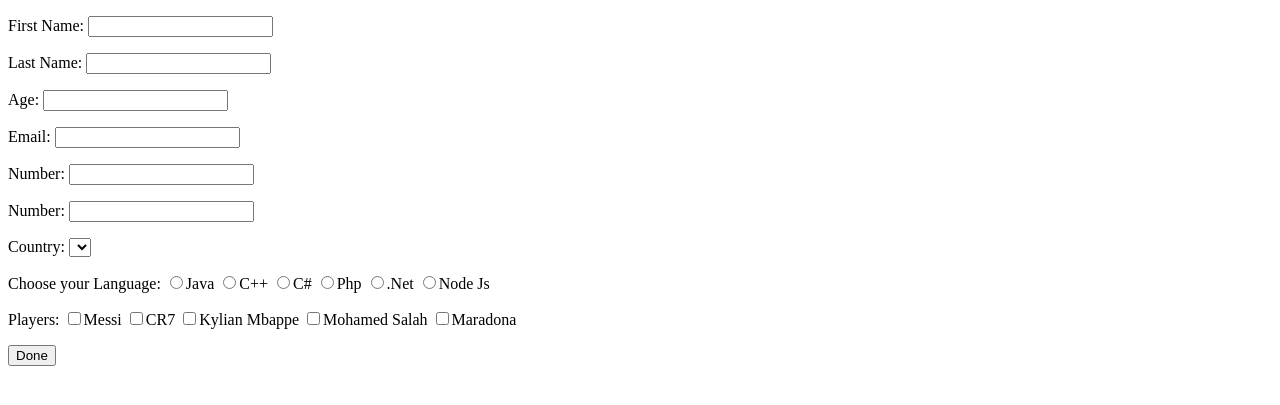
Repository: Moustafa-Ali-Khater/Spring-Data_Hibernate
Page: http://localhost/Spring_MVC/WEB-INF/view/Student-Front-MVC-Tags/student-account.jsp
These files come from the project's save history. The page is drawn as it stood at one moment and after the next save; the edit follows.
The browser window is 1280 px wide. The pictures show the whole page.
The page is served by Tomcat 9. Nobody is signed in. Other server files are loaded and not shown. The template is opened directly, without the code that normally fills it, so the values that code supplies are empty.

Above is the page before, as saved 2023-08-03 17:32:40.

### Spring_MVC/WebContent/WEB-INF/view/Student-Front-MVC-Tags/student-account.jsp
<%@ page language="java" contentType="text/html; charset=ISO-8859-1"
    pageEncoding="ISO-8859-1"%>
<%@ taglib prefix="f" uri="http://www.springframework.org/tags/form" %>

<!DOCTYPE html>
<html>
<head>
<meta charset="ISO-8859-1">
<title>Insert title here</title>
<style type="text/css">
	.error {
		color: red;
		font-weight: bold;
	}
</style>
</head>
<body>

	<f:form action="process-mvc-tags" modelAttribute="student">
		<p>First Name: <f:input path="fName"/>
		<f:errors path="fName" cssClass="error"/></p>

		<p>Last Name: <f:input path="lName"/></p>

		<p>Age: <f:input path="age"/>
		<f:errors path="age" cssClass="error"/></p>

		<p>Email: <f:input path="email"/>
		<f:errors path="email" cssClass="error"/></p>

		<p>Number: <f:input path="number"/>
		<f:errors path="number" cssClass="error"/></p>

		<p>Number: <f:input path="code"/>
		<f:errors path="code" cssClass="error"/></p>

		Country:
		<!-- <f:select path="country">
			<f:option value="Egypt" label="Egypt"/>
			<f:option value="USA" label="USA"/>
			<f:option value="Germany" label="German"/>
			<f:option value="Russia" label="Russia"/>
		</f:select> -->

		<f:select path="country">
			<f:options items= "${student.countryselected}"/>
		</f:select>

		<p>Choose your Language:
		<f:radiobutton path="language" value="Java"/>Java
		<f:radiobutton path="language" value="C++"/>C++
		<f:radiobutton path="language" value="C#"/>C#
		<f:radiobutton path="language" value="Php"/>Php
		<f:radiobutton path="language" value=".Net"/>.Net
		<f:radiobutton path="language" value="Node Js"/>Node Js</p>

		<p>Players:
		<f:checkbox path="players" value="Messi"/>Messi
		<f:checkbox path="players" value="CR7"/>CR7
		<f:checkbox path="players" value="Kylian Mbappe"/>Kylian Mbappe
		<f:checkbox path="players" value="Mohamed Salah"/>Mohamed Salah
		<f:checkbox path="players" value="Maradona"/>Maradona


		<p><input type="submit" value="Done"></p>

	</f:form>

</body>
</html>

After the next save:
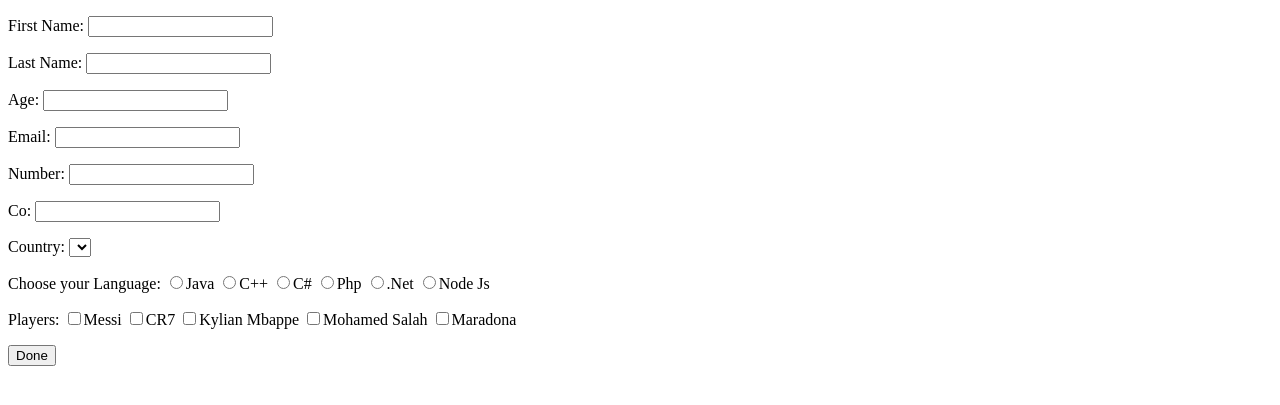
Saved 6 s later.
--- a/Spring_MVC/WebContent/WEB-INF/view/Student-Front-MVC-Tags/student-account.jsp
+++ b/Spring_MVC/WebContent/WEB-INF/view/Student-Front-MVC-Tags/student-account.jsp
@@ -31,7 +31,7 @@
 		<p>Number: <f:input path="number"/>
 		<f:errors path="number" cssClass="error"/></p>
 
-		<p>Number: <f:input path="code"/>
+		<p>Co: <f:input path="code"/>
 		<f:errors path="code" cssClass="error"/></p>
 
 		Country:
